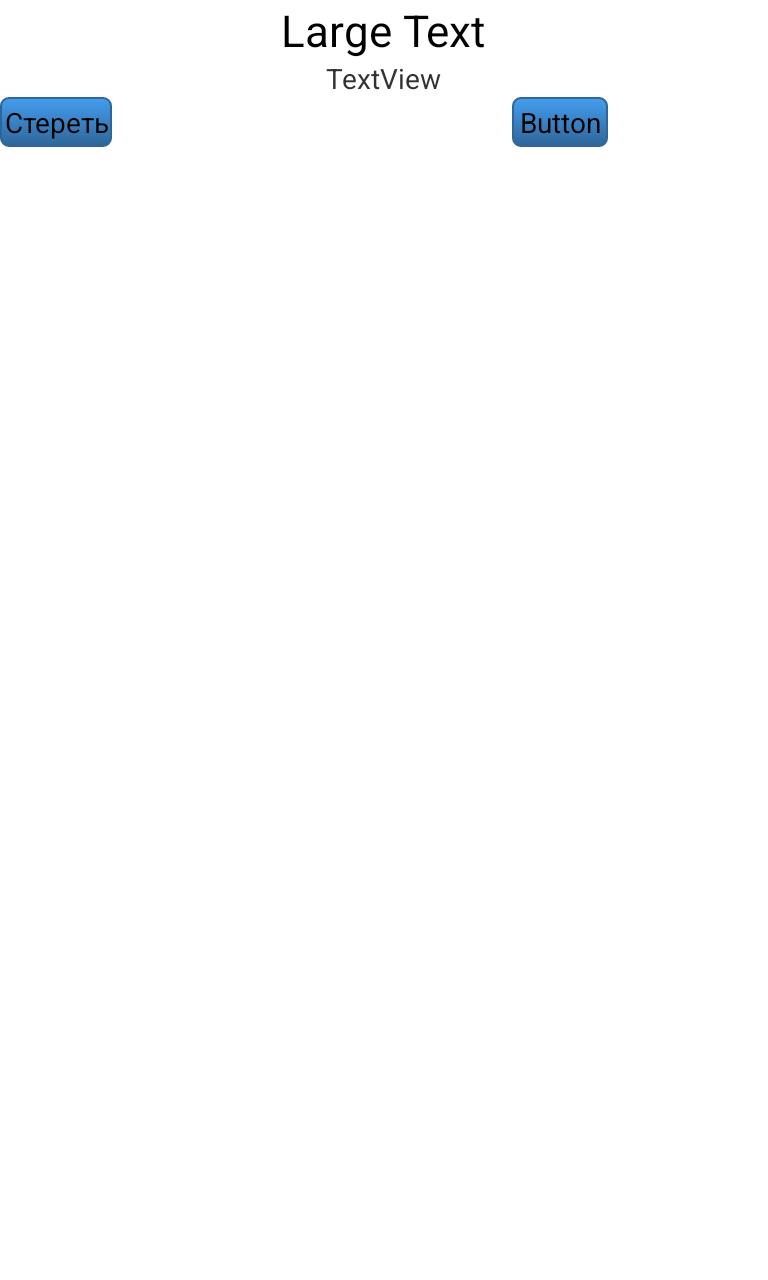
Repository: pcombi/android_dev
Layout: EnglishGrammar/res/layout/tests.xml
An editor plug-in stored every save of this project. The layout is shown before and after the next save, followed by the edit.
It is drawn on a 768 x 1280 px phone screen (xhdpi) without system bars, with theme AppTheme; the app's code is not run.

Above is the layout before, as saved 2012-12-29 04:00:12.

After the next save:
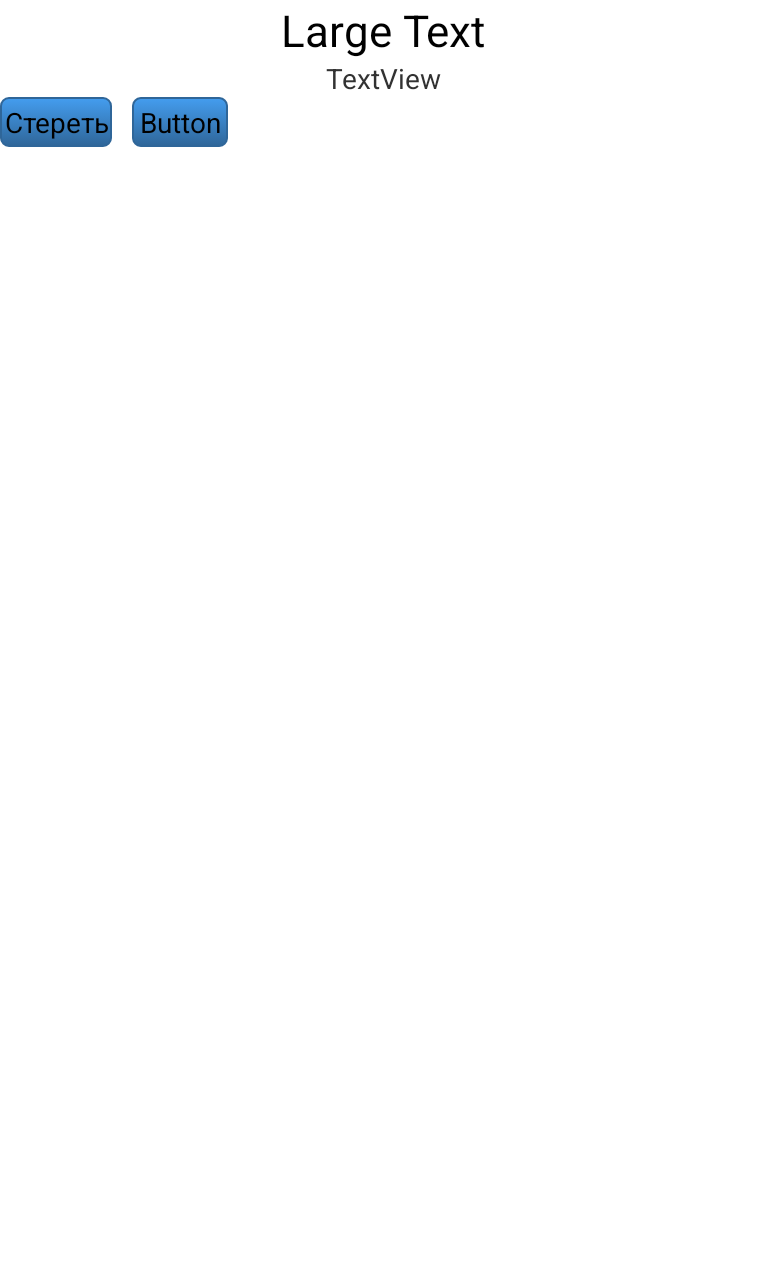
Saved 6 s later.
--- a/EnglishGrammar/res/layout/tests.xml
+++ b/EnglishGrammar/res/layout/tests.xml
@@ -44,7 +44,7 @@
             style="?android:attr/buttonStyleSmall"
             android:layout_width="wrap_content"
             android:background="@drawable/btn_blue"
-            android:layout_marginRight="200dp"
+            android:layout_marginRight="10dp"
             android:layout_height="25dp"
             android:layout_gravity="left"
             android:text="@string/erase" />
